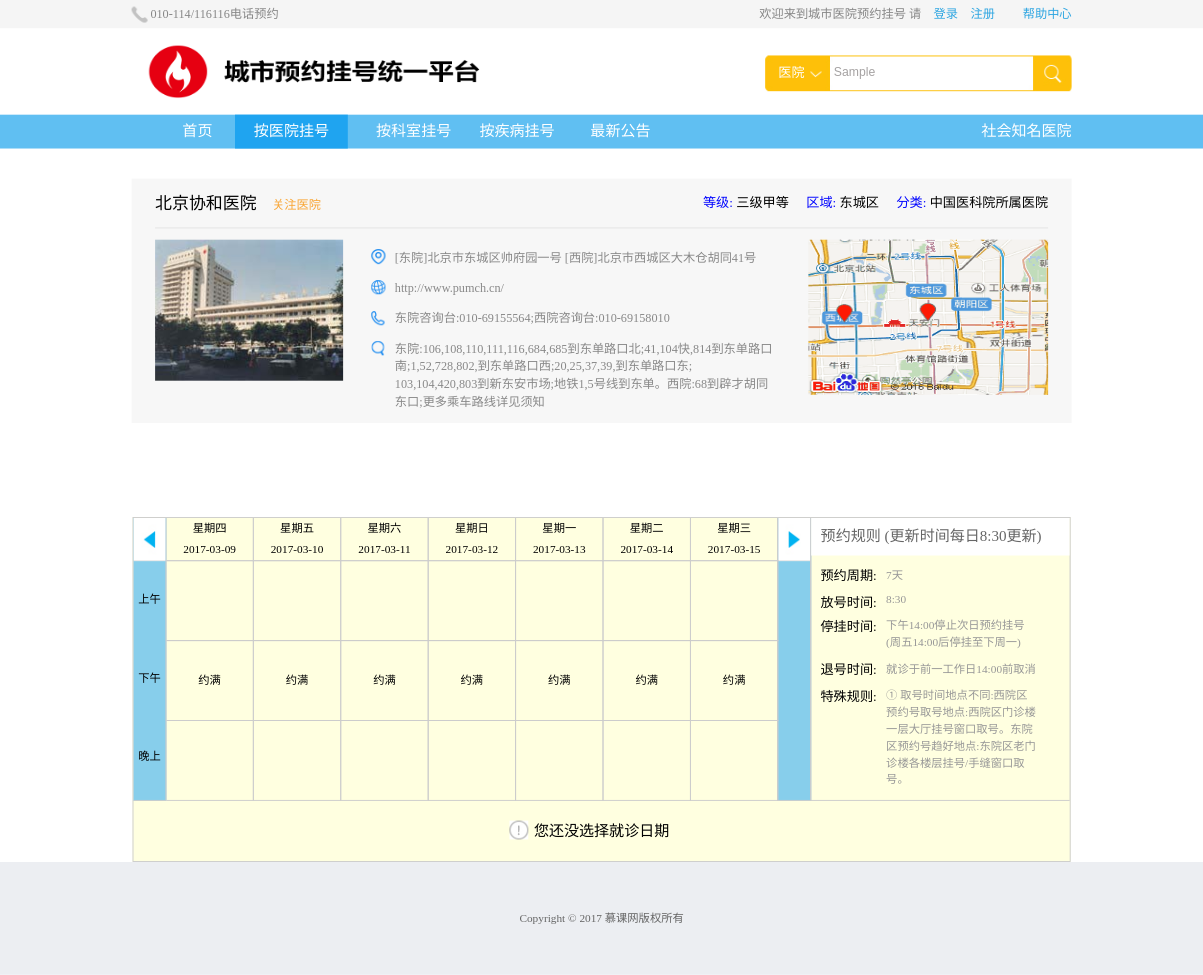
Repository: ScarApocalypse/study
Page: 挂号平台/scheduling.html
The author's editor kept a copy of each file at every save. The page is drawn from the files as they stood at one save, then again after the next save.
The browser window is 1280 px wide. The pictures show the whole page, at 94% of full size.
Empty fields were first filled with sample values (such as "Sample", 5 or name@example.com).
After loading, the first visible `.con-left > img` was clicked once.

Above is the page before, as saved 2019-02-17 18:42:29.

After the next save:
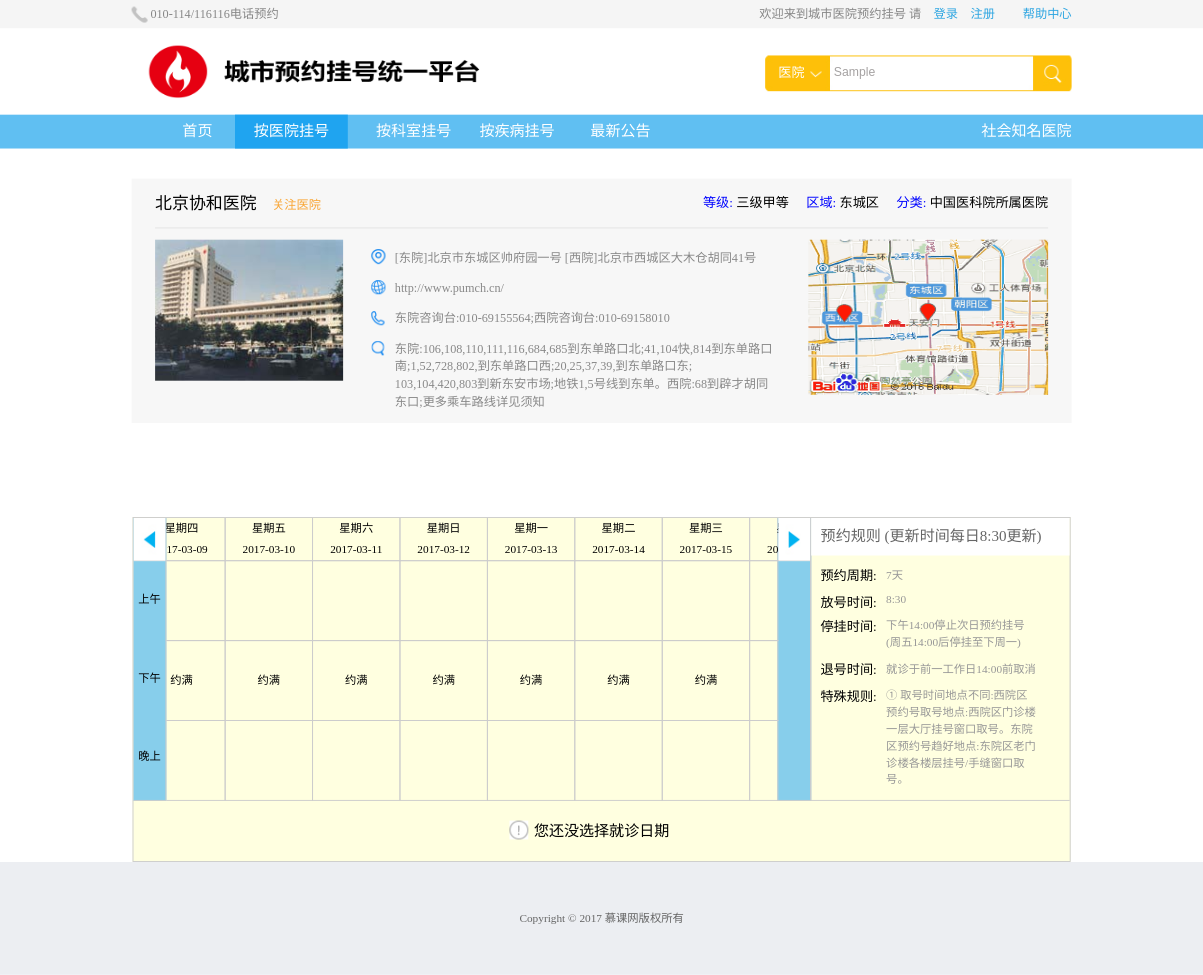
Saved 87 s later.
--- a/挂号平台/js/scheduling.js
+++ b/挂号平台/js/scheduling.js
@@ -27,7 +27,7 @@
     var nextBtn=$('.scheduling .con-right img');
     prevBtn.click(function(){
        var newLeft=schedule.position().left-30;
-       console.log(newLeft);
+       schedule.animate({left:newLeft+"px"},1000);
     })
 
 });

After the 2 saves that followed:
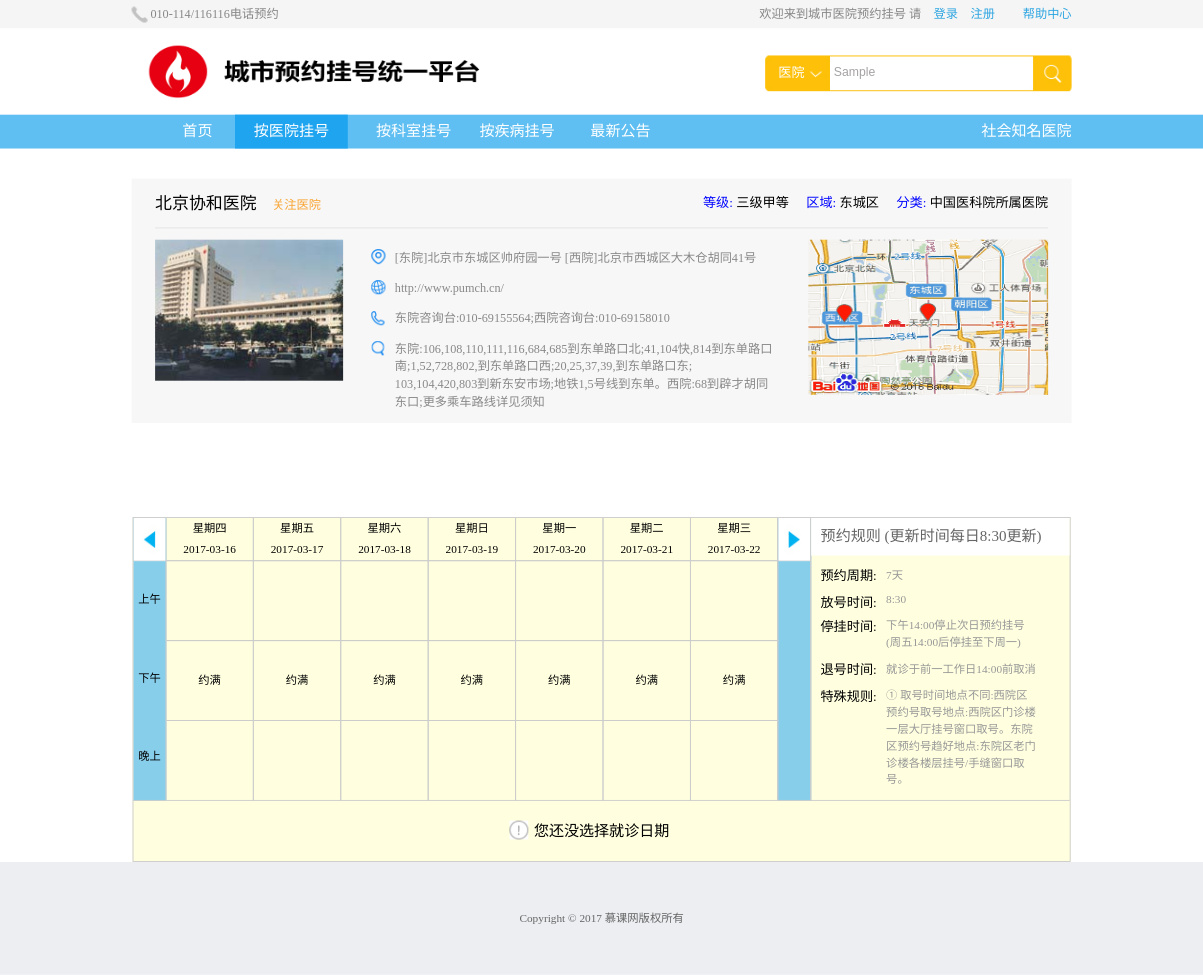
The 2 saves are shown as one change because 1 left the picture as it was.
The last was saved 47 s later.
--- a/挂号平台/js/scheduling.js
+++ b/挂号平台/js/scheduling.js
@@ -26,8 +26,12 @@
     var prevBtn=$('.scheduling .con-left img');
     var nextBtn=$('.scheduling .con-right img');
     prevBtn.click(function(){
-       var newLeft=schedule.position().left-30;
-       schedule.animate({left:newLeft+"px"},1000);
-    })
+       var newLeft=schedule.position().left-651;
+       schedule.animate({left:newLeft+"px"},300);
+    });
+    nextBtn.click(function(){
+        var newLeft=schedule.position().left+651;
+        schedule.animate({left:newLeft+"px"},300);
+     })
 
 });
